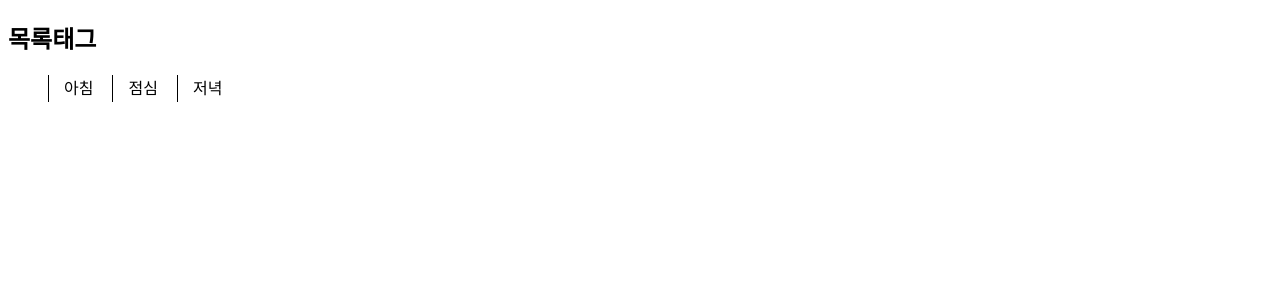
Repository: angelSuho/KCC_Learning_Repo
Page: Html/WebContent/list.html
The author's editor kept a copy of each file at every save. The page is drawn from the files as they stood at one save, then again after the next save.
The browser window is 1280 px wide. The pictures show the whole page.

Above is the page before, as saved 2024-07-08 02:37:37.

### Html/WebContent/list.html
<!DOCTYPE html>
<html>
<head>
<meta charset="UTF-8">
<title>Insert title here</title>
<style type='text/css'>
	li {
		display: inline;
		padding: 5px 15px;
		border-left: 1px solid #000;
	}
</style>
</head>
<body>
	<h2>목록태그</h2>
	<ul>
		<li>아침</li>
		<li>점심</li>
		<li>저녁</li>
	</ul>
</body>
</html>

After the next save:
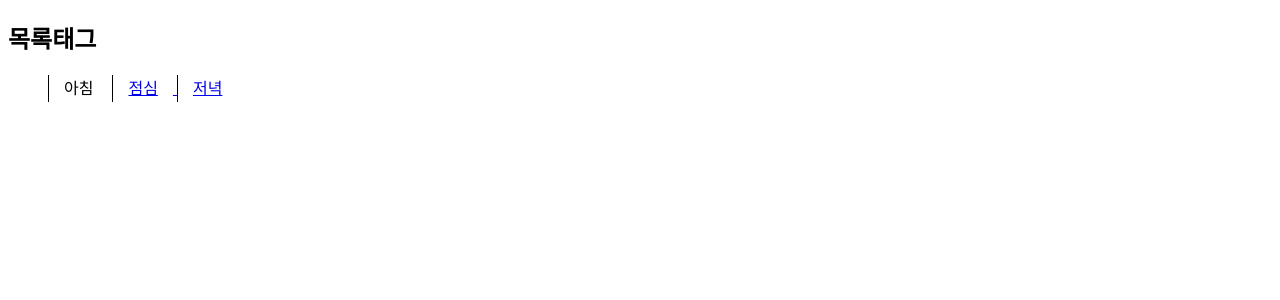
Saved 42 s later.
--- a/Html/WebContent/list.html
+++ b/Html/WebContent/list.html
@@ -14,9 +14,9 @@
 <body>
 	<h2>목록태그</h2>
 	<ul>
-		<li>아침</li>
-		<li>점심</li>
-		<li>저녁</li>
+		<li><a href="#"></a>아침</li>
+		<li><a href="#">점심</li>
+		<li><a href="#">저녁</li>
 	</ul>
 </body>
 </html>
